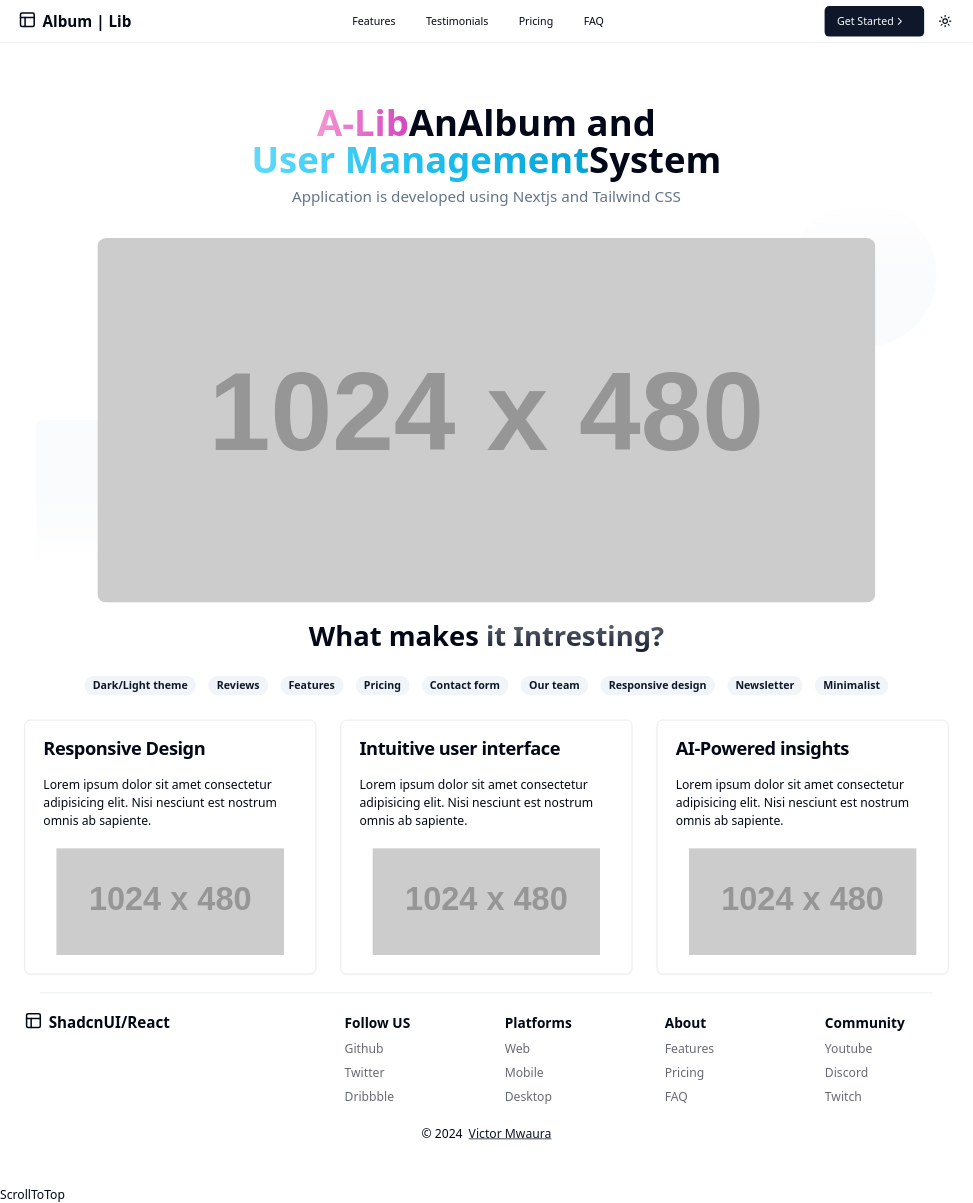
Repository: DevLaukey/savannah-informatics-test
Page: /
These files come from the project's save history. The page is drawn as it stood at one moment and after the next save; the edit follows.
The browser window is 1280 px wide. The pictures show the whole page, at 76% of full size.
The project was rebuilt for these pictures with package versions that can differ from the ones it lists, and the page was loaded fresh each time. The framework's server and built-in components were replaced by stand-ins that run in the browser. Also part of the build but not shown: next.config.mjs.

Above is the page before, as saved 2024-06-04 22:32:44.

After the next save:
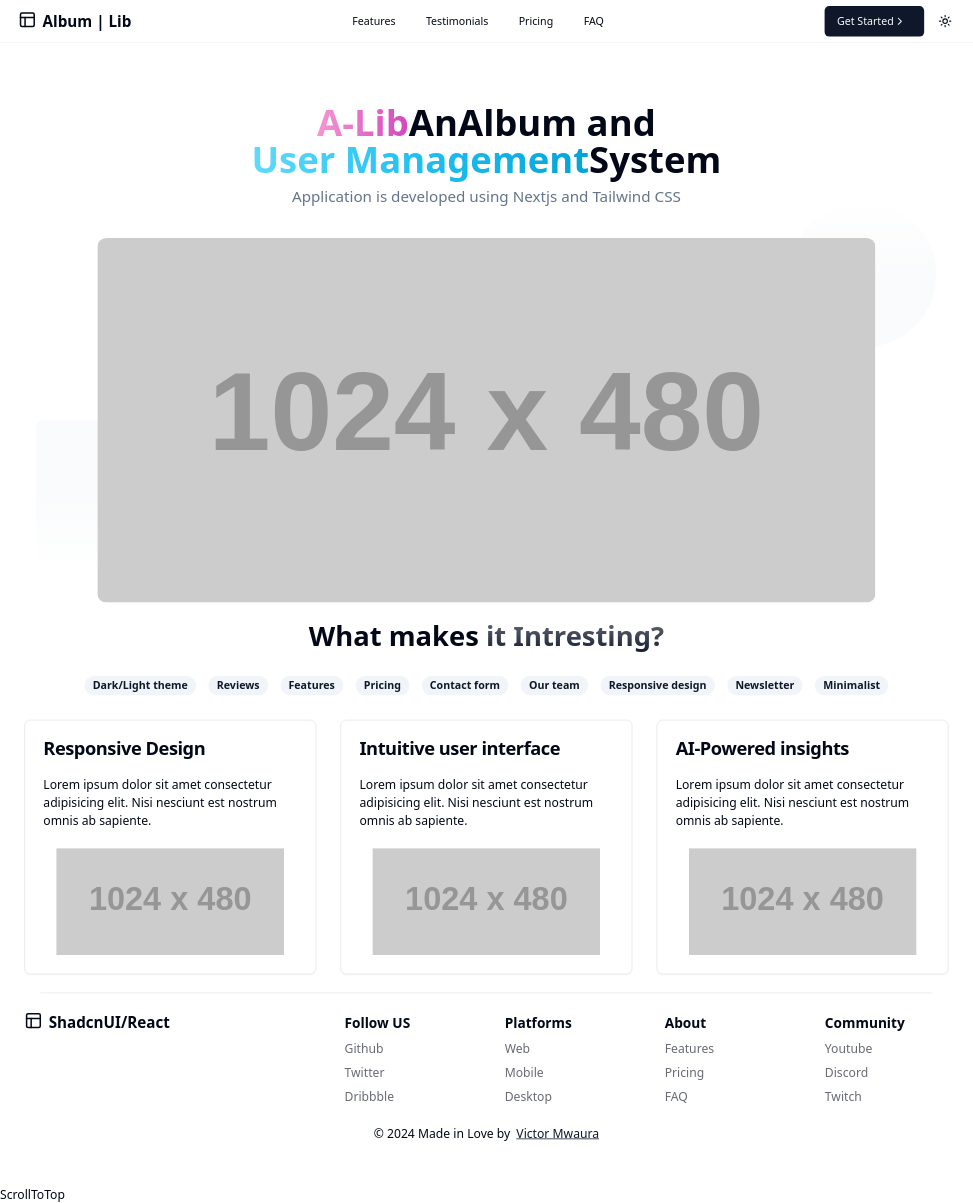
Saved 21 s later.
--- a/components/Footer.jsx
+++ b/components/Footer.jsx
@@ -152,7 +152,7 @@ export const Footer = () => {
 
       <section className="container pb-14 text-center">
         <h3>
-          &copy; {new Date().getFullYear()}
+          &copy; {new Date().getFullYear()} Made in Love by
           <a
             rel="noreferrer noopener"
             target="_blank"
